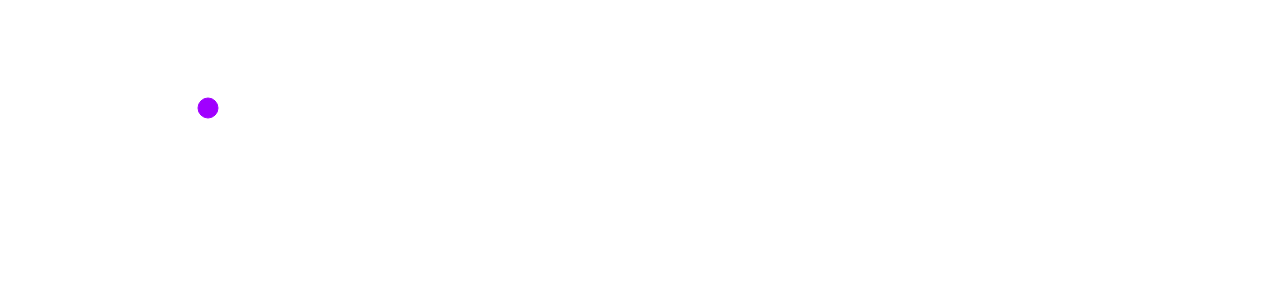
Repository: tts2610/TheCheapShootingGame
Page: index.html
These files come from the project's save history. The page is drawn as it stood at one moment and after the next save; the edit follows.
The browser window is 1280 px wide. The pictures show the whole page.
Some web libraries are served in a nearby version.

Above is the page before, as saved 2020-05-15 09:12:17.
Console error: TypeError: Cannot read properties of null (reading 'offsetWidth')

After the next save:
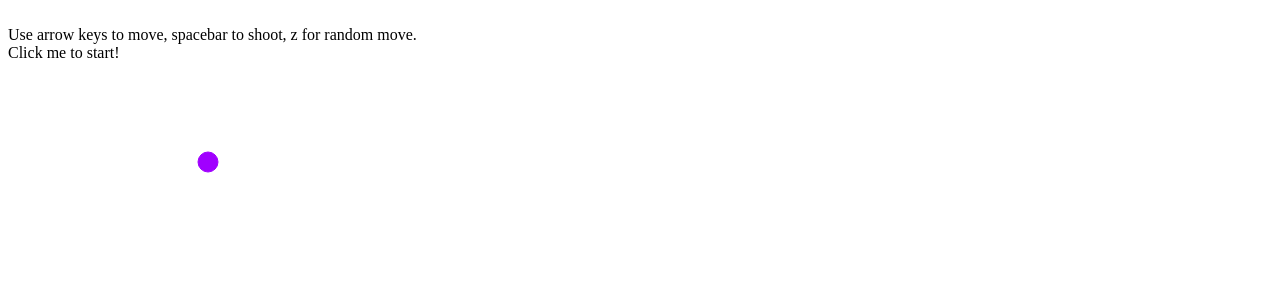
The error is gone.
Saved 25 s later.
--- a/index.html
+++ b/index.html
@@ -8,6 +8,11 @@
 </head>
 
 <body>
+    <div id="instruction" class="instruction">
+        <br> Use arrow keys to move, spacebar to shoot, z for random move.
+        <br> Click me to start!
+        <br>
+    </div>
     <canvas id="myCanvas" width="700px" height="500px"></canvas>
     <script src="//ajax.googleapis.com/ajax/libs/jquery/1.11.0/jquery.min.js"></script>
     <script src="/js/script.js"></script>
